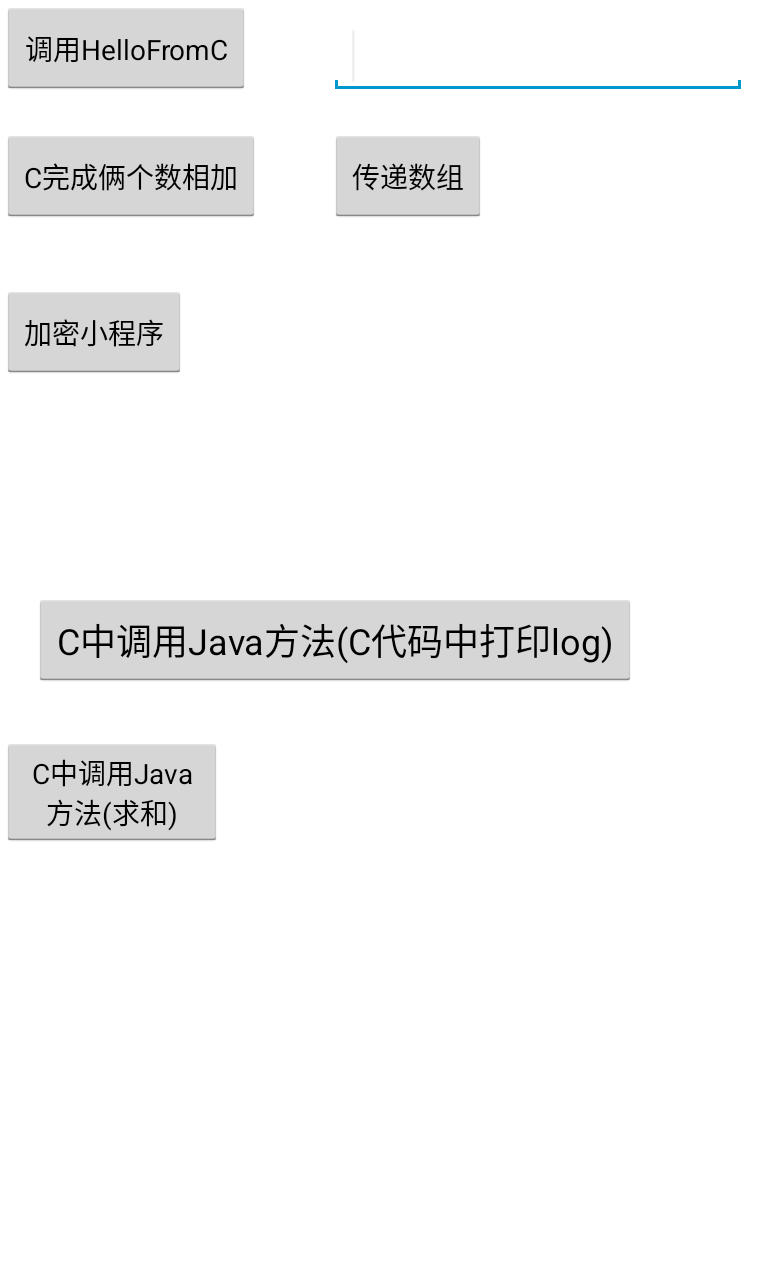
Repository: IvyZh/hm66
Layout: 黑马基础项目/res/layout/activity_jni.xml
These files come from the project's save history. The layout is drawn as it stood at one moment and after the next save; the edit follows.
It is drawn on a 768 x 1280 px phone screen (xhdpi) without system bars, with theme AppTheme; the app's code is not run.

Above is the layout before, as saved 2016-05-29 20:27:11.

### 黑马基础项目/res/layout/activity_jni.xml
<RelativeLayout xmlns:android="http://schemas.android.com/apk/res/android"
    xmlns:tools="http://schemas.android.com/tools"
    android:layout_width="match_parent"
    android:layout_height="match_parent"
    android:orientation="vertical" >

    <Button
        android:id="@+id/button1"
        style="?android:attr/buttonStyleSmall"
        android:layout_width="wrap_content"
        android:layout_height="wrap_content"
        android:layout_alignParentLeft="true"
        android:layout_alignParentTop="true"
        android:onClick="click1"
        android:text="调用HelloFromC" />

    <Button
        android:id="@+id/button2"
        style="?android:attr/buttonStyleSmall"
        android:layout_width="wrap_content"
        android:layout_height="wrap_content"
        android:layout_alignParentLeft="true"
        android:layout_below="@+id/button1"
        android:layout_marginTop="16dp"
        android:onClick="click2"
        android:text="C完成俩个数相加" />

    <EditText
        android:id="@+id/editText1"
        android:layout_width="wrap_content"
        android:layout_height="wrap_content"
        android:layout_alignBottom="@+id/button1"
        android:layout_marginLeft="33dp"
        android:layout_toRightOf="@+id/button2"
        android:ems="10" >

        <requestFocus />
    </EditText>

    <Button
        android:id="@+id/button3"
        style="?android:attr/buttonStyleSmall"
        android:layout_width="wrap_content"
        android:layout_height="wrap_content"
        android:layout_alignParentLeft="true"
        android:layout_below="@+id/button2"
        android:layout_marginTop="30dp"
        android:onClick="click3"
        android:text="加密小程序" />

    <Button
        android:id="@+id/button4"
        style="?android:attr/buttonStyleSmall"
        android:layout_width="wrap_content"
        android:onClick="click4"
        android:layout_height="wrap_content"
        android:layout_alignBaseline="@+id/button2"
        android:layout_alignBottom="@+id/button2"
        android:layout_alignLeft="@+id/editText1"
        android:text="传递数组" />

    <Button
        android:id="@+id/button5"
        android:layout_width="wrap_content"
        android:layout_height="wrap_content"
        android:layout_alignParentLeft="true"
        android:layout_centerVertical="true"
        android:layout_marginLeft="16dp"
        android:onClick="click5"
        android:text="C中调用Java方法(C代码中打印log)" />

    <Button
        android:id="@+id/button6"
        style="?android:attr/buttonStyleSmall"
        android:layout_width="wrap_content"
        android:layout_height="wrap_content"
        android:onClick="click6"
        android:layout_alignRight="@+id/button1"
        android:layout_below="@+id/button5"
        android:layout_marginRight="14dp"
        android:layout_marginTop="24dp"
        android:text="C中调用Java方法(求和)" />

</RelativeLayout>

Loaded but not shown: 黑马基础项目/res/values/styles.xml (common file); 黑马基础项目/res/values-v11/styles.xml (common file); 黑马基础项目/res/values-v14/styles.xml (common file)

After the next save:
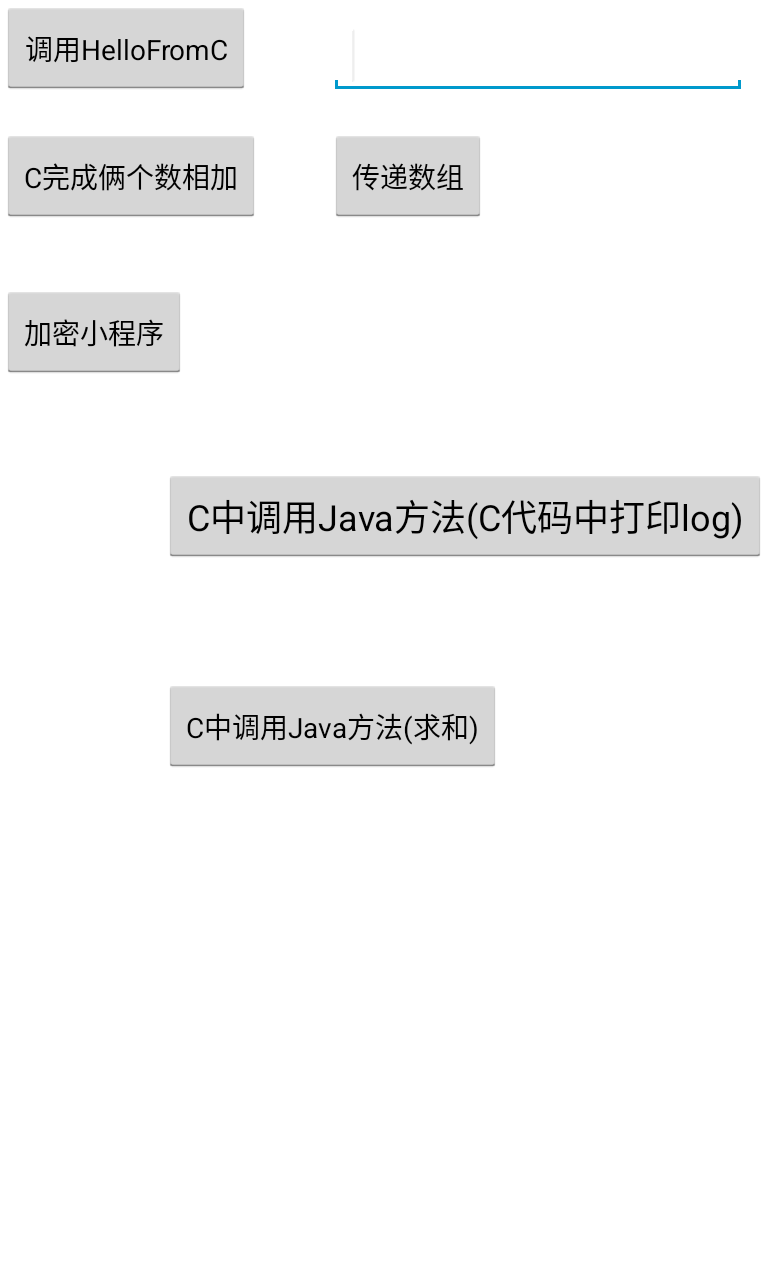
Saved 39 s later.
--- a/黑马基础项目/res/layout/activity_jni.xml
+++ b/黑马基础项目/res/layout/activity_jni.xml
@@ -63,9 +63,9 @@
         android:id="@+id/button5"
         android:layout_width="wrap_content"
         android:layout_height="wrap_content"
-        android:layout_alignParentLeft="true"
-        android:layout_centerVertical="true"
-        android:layout_marginLeft="16dp"
+        android:layout_alignParentRight="true"
+        android:layout_below="@+id/button3"
+        android:layout_marginTop="44dp"
         android:onClick="click5"
         android:text="C中调用Java方法(C代码中打印log)" />
 
@@ -74,11 +74,10 @@
         style="?android:attr/buttonStyleSmall"
         android:layout_width="wrap_content"
         android:layout_height="wrap_content"
+        android:layout_alignLeft="@+id/button5"
+        android:layout_below="@+id/button5"
+        android:layout_marginTop="57dp"
         android:onClick="click6"
-        android:layout_alignRight="@+id/button1"
-        android:layout_below="@+id/button5"
-        android:layout_marginRight="14dp"
-        android:layout_marginTop="24dp"
         android:text="C中调用Java方法(求和)" />
 
 </RelativeLayout>
